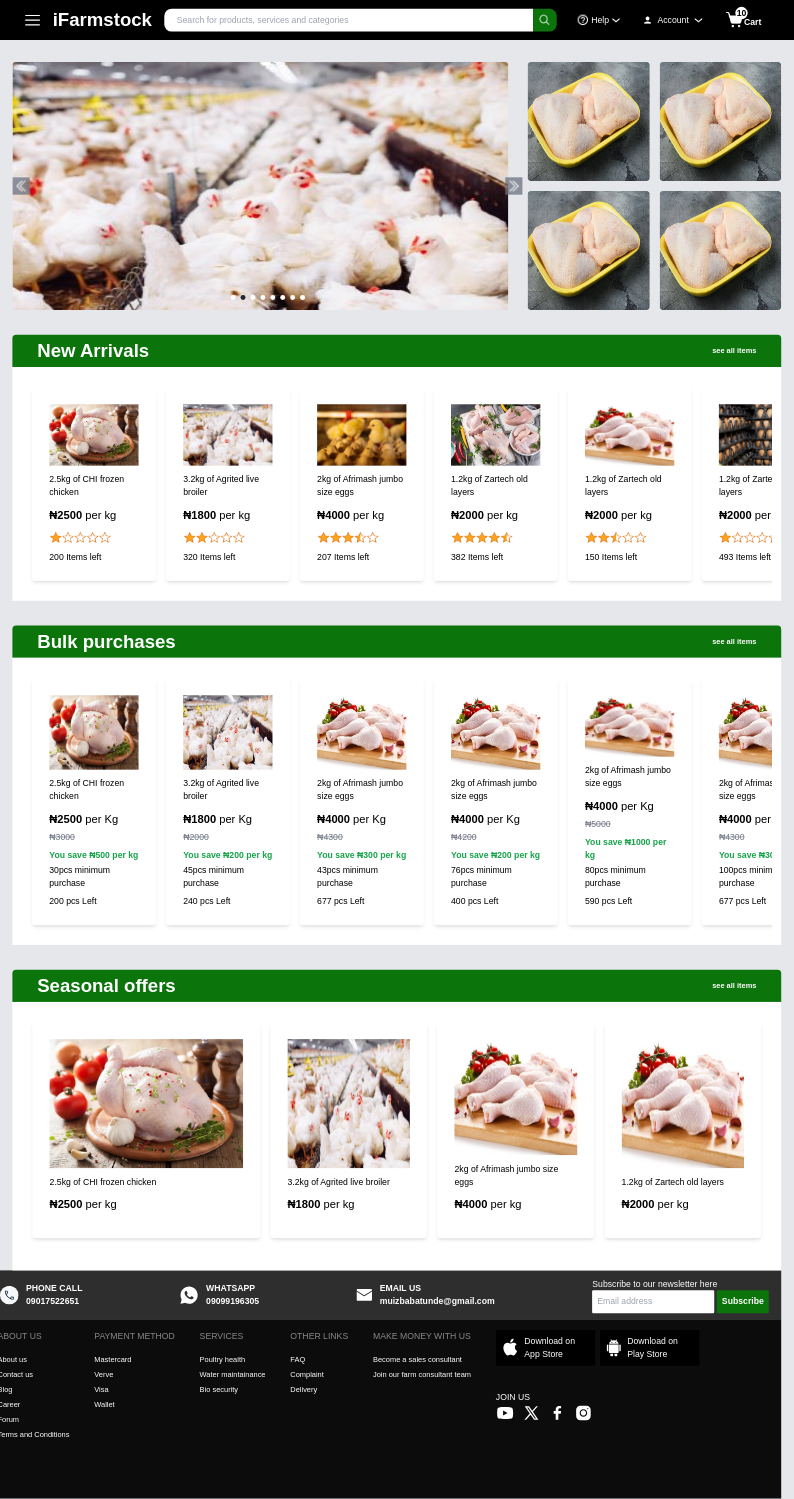
Repository: IssaMuiz/ifarmstock
Page: /
An editor plug-in stored every save of this project. The page is shown before and after the next save, followed by the edit.
The browser window is 1280 px wide. The pictures show the whole page, at 62% of full size.
The project was rebuilt for these pictures with package versions that can differ from the ones it lists, and the page was loaded fresh each time. The framework's server and built-in components were replaced by stand-ins that run in the browser. Also part of the build but not shown: next.config.mjs.

Above is the page before, as saved 2024-09-04 06:43:12.

### app/layout.tsx
import "@/styles/globals.css";

export const metadata = {
  title: "Grow",
  description: "Livestock farming e-commerce application",
};

export default function RootLayout({
  children,
}: {
  children: React.ReactNode;
}) {
  return (
    <html lang="en">
      <body className="bg-gray-200 h-screen w-auto">
        <section className="mb-5">{children}</section>
      </body>
    </html>
  );
}

### styles/globals.css
@tailwind base;
@tailwind components;
@tailwind utilities;

.scrollbar {
  scrollbar-width: thin;
  scrollbar-color: gray #313131;
}

.bgColor {
  background-color: rgb(11, 116, 11);
}

.text {
  color: white;
}

body {
  font-family: Arial, Helvetica, sans-serif;
  font-size: 14px;
}

### components/clientLayout.tsx
"use client";
import Navbar from "@/components/navbar";
import Sidenav from "@/components/sidenav";
import Footer from "@/components/footer";

import { useState, createContext } from "react";

export const SidebarContext = createContext({
  isOpen: false,
  toggleSidebar: () => {},
});

const ClientLayout = ({ children }: { children: React.ReactNode }) => {
  const [isOpen, setIsOpen] = useState(false);

  const toggleSidebar = () => {
    setIsOpen((prev) => !prev);
  };
  return (
    <SidebarContext.Provider value={{ isOpen, toggleSidebar }}>
      <Navbar />
      <Sidenav />
      <div
        className={`fixed inset-0 bg-black transition-opacity duration-300 ease-in-out z-10 ${
          isOpen
            ? "opacity-70 pointer-events-auto"
            : "opacity-0 pointer-events-none"
        }`}
        onClick={toggleSidebar}
      ></div>
      <section
        className={`relative z-0 transition-all duration-300 ease-in-out `}
      >
        {children}
      </section>
      <Footer />
    </SidebarContext.Provider>
  );
};

export default ClientLayout;

### components/newArrivalsCards.tsx
import Image from "next/image";
import newArrivalsCards from "../models/newArrivalsCards.json";
const NewArrivalsCards = () => {
  const sliceNewArrivals = newArrivalsCards.slice(0, 10);
  return (
    <div className="bg-white h-auto w-auto tablet:p-4 mobile:p-1">
      <div className="flex overflow-x-auto space-x-4 p-4">
        {sliceNewArrivals.map((product, index) => (
          <div
            key={index}
            className="flex shadow-md hover:shadow-xl hover:scale-[1.01] hover:transition-all hover:duration-300 hover:ease-in-out flex-col tablet:min-w-[200px] mobile:min-w-[160px] tablet:p-7 tablet:gap-3 mobile:p-2 mobile:gap-1 rounded-md cursor-pointer"
          >
            <Image
              src={product.image}
              alt="poultry"
              width={150}
              height={100}
              className="h-full w-full"
            />
            <div className="text-md">
              <p className="line-clamp-2 mb-3">
                <span>{product.weight}</span> of {product.name}
              </p>
              <p className="font-semibold text-lg mb-3">
                &#8358;{product.Price}
                <span className="text-md font-extralight"> per kg</span>
              </p>
              <div className="mb-3">
                <Image
                  src={product.rating}
                  alt="rating-icon"
                  width={100}
                  height={60}
                />
              </div>
              <div className="">{product.itemsLeft} Items left</div>
            </div>
          </div>
        ))}
      </div>
    </div>
  );
};

export default NewArrivalsCards;

### components/seasonalCards.tsx
import Image from "next/image";
import seasonalCards from "@/models/seasonalCards.json";
const SeasonalCards = () => {
  return (
    <div className="bg-white h-auto w-auto tablet:p-4 mobile:p-1">
      <div className="flex overflow-x-auto space-x-4 p-4 mb-5">
        {seasonalCards.map((product, index) => (
          <div
            key={index}
            className="flex shadow-md hover:shadow-xl hover:scale-[1.01] hover:transition-all hover:duration-300 hover:ease-in-out flex-col tablet:min-w-[200px] mobile:min-w-[160px] tablet:p-7 tablet:gap-3 mobile:p-2 mobile:gap-1 rounded-md cursor-pointer"
          >
            <Image
              src={product.image}
              alt="poultry"
              width={150}
              height={100}
              className="h-full w-full"
            />
            <div className="text-md">
              <p className="line-clamp-2 mb-3">
                <span>{product.weight}</span> of {product.name}
              </p>
              <p className="font-semibold text-lg mb-3">
                &#8358;{product.Price}
                <span className="text-md font-extralight"> per kg</span>
              </p>
            </div>
          </div>
        ))}
      </div>
    </div>
  );
};

export default SeasonalCards;

### components/footer.tsx
import Link from "next/link";

const Footer = () => {
  return (
    <footer>
      <div className=" mobile:hidden tablet:flex flex-col text w-screen -mx-5">
        <div className=" bg-[#2e2e2e] flex justify-between gap-4 h-20 items-center px-5 w-full">
          <div className="flex desktop:gap-3 tablet:gap-2 items-center cursor-pointer hover:text-[#8a8888] font-semibold">
            <svg
              xmlns="http://www.w3.org/2000/svg"
              width="30"
              height="30"
              viewBox="0 0 42 42"
            >
              <g id="PhoneIcon" transform="translate(-1235 -471)">
                <circle
                  id="Ellipse_9"
                  data-name="Ellipse 9"
                  cx="21"
                  cy="21"
                  r="21"
                  transform="translate(1235 471)"
                  fill="#f6f7f8"
                />
                <path
                  id="call_FILL0_wght300_GRAD0_opsz24"
                  d="M158.754-800a15.86,15.86,0,0,1-6.682-1.546,21.268,21.268,0,0,1-6.167-4.363,21.421,21.421,0,0,1-4.357-6.167A15.823,15.823,0,0,1,140-818.752a1.214,1.214,0,0,1,.353-.89,1.192,1.192,0,0,1,.882-.356h3.837a1.175,1.175,0,0,1,.786.291,1.279,1.279,0,0,1,.433.718l.674,3.462a1.978,1.978,0,0,1-.029.828,1.231,1.231,0,0,1-.357.581l-2.717,2.645a16.322,16.322,0,0,0,1.5,2.273,22.419,22.419,0,0,0,1.825,2.046,20.311,20.311,0,0,0,2.059,1.8,20.68,20.68,0,0,0,2.355,1.545l2.64-2.663a1.494,1.494,0,0,1,.669-.4,1.922,1.922,0,0,1,.816-.057l3.267.665a1.382,1.382,0,0,1,.727.455,1.16,1.16,0,0,1,.282.765v3.814a1.191,1.191,0,0,1-.356.882A1.214,1.214,0,0,1,158.754-800Zm-15.726-13.145,2.1-2.009a.21.21,0,0,0,.074-.124.275.275,0,0,0-.006-.147l-.511-2.629a.242.242,0,0,0-.079-.136.228.228,0,0,0-.147-.045h-2.516a.154.154,0,0,0-.113.045.153.153,0,0,0-.045.113,15.049,15.049,0,0,0,.395,2.45A14.978,14.978,0,0,0,143.028-813.144Zm10.235,10.167a12.1,12.1,0,0,0,2.44.834,13.842,13.842,0,0,0,2.374.343.153.153,0,0,0,.113-.045.153.153,0,0,0,.045-.113v-2.475a.228.228,0,0,0-.045-.147.242.242,0,0,0-.136-.079l-2.471-.5a.186.186,0,0,0-.119-.006.289.289,0,0,0-.107.074ZM143.028-813.144ZM153.263-802.976Z"
                  transform="translate(1105.999 1301.999)"
                  fill="#072635"
                />
              </g>
            </svg>
            <div>
              <p>PHONE CALL</p>
              <p>09017522651</p>
            </div>
          </div>
          <div>
            <div className="flex gap-3 items-center cursor-pointer hover:text-[#8a8888] font-semibold">
              <svg
                xmlns="http://www.w3.org/2000/svg"
                viewBox="0 0 50 50"
                width="30"
                height="30"
                className="fill-white"
              >
                <path d="M25,2C12.318,2,2,12.318,2,25c0,3.96,1.023,7.854,2.963,11.29L2.037,46.73c-0.096,0.343-0.003,0.711,0.245,0.966 C2.473,47.893,2.733,48,3,48c0.08,0,0.161-0.01,0.24-0.029l10.896-2.699C17.463,47.058,21.21,48,25,48c12.682,0,23-10.318,23-23 S37.682,2,25,2z M36.57,33.116c-0.492,1.362-2.852,2.605-3.986,2.772c-1.018,0.149-2.306,0.213-3.72-0.231 c-0.857-0.27-1.957-0.628-3.366-1.229c-5.923-2.526-9.791-8.415-10.087-8.804C15.116,25.235,13,22.463,13,19.594 s1.525-4.28,2.067-4.864c0.542-0.584,1.181-0.73,1.575-0.73s0.787,0.005,1.132,0.021c0.363,0.018,0.85-0.137,1.329,1.001 c0.492,1.168,1.673,4.037,1.819,4.33c0.148,0.292,0.246,0.633,0.05,1.022c-0.196,0.389-0.294,0.632-0.59,0.973 s-0.62,0.76-0.886,1.022c-0.296,0.291-0.603,0.606-0.259,1.19c0.344,0.584,1.529,2.493,3.285,4.039 c2.255,1.986,4.158,2.602,4.748,2.894c0.59,0.292,0.935,0.243,1.279-0.146c0.344-0.39,1.476-1.703,1.869-2.286 s0.787-0.487,1.329-0.292c0.542,0.194,3.445,1.604,4.035,1.896c0.59,0.292,0.984,0.438,1.132,0.681 C37.062,30.587,37.062,31.755,36.57,33.116z" />
              </svg>
              <div>
                <p>WHATSAPP</p>
                <p>09099196305</p>
              </div>
            </div>
          </div>
          <div className="flex gap-3 items-center cursor-pointer hover:text-[#8a8888] font-semibold">
            <svg
              className="fill-white"
              xmlns="http://www.w3.org/2000/svg"
              viewBox="0 0 128 96"
              id="email"
              height="25"
              width="25"
            >
              <g>
                <path d="M0 11.283V8a8 8 0 0 1 8-8h112a8 8 0 0 1 8 8v3.283l-64 40zm66.12 48.11a4.004 4.004 0 0 1-4.24 0L0 20.717V88a8 8 0 0 0 8 8h112a8 8 0 0 0 8-8V20.717z"></path>
              </g>
            </svg>
            <div>
              <p>EMAIL US</p>
              <p>muizbabatunde@gmail.com</p>
            </div>
          </div>
          <div>
            <p>Subscribe to our newsletter here</p>
            <div className="flex items-center gap-1">
              <input
                className="p-2 rounded-sm text-black outline-none"
                type="text"
                placeholder="Email address"
              />
              <button
                type="submit"
                className="bgColor p-2 hover:bg-[#015722] font-semibold rounded-sm
            "
              >
                Subscribe
              </button>
            </div>
          </div>
        </div>

        <div className="bg-[#0c0c0c] h-72 p-4 flex items-start gap-10 w-full">
          <div className="flex flex-col gap-5">
            <h2 className="text-sm text-[#8a8888]">ABOUT US</h2>
            <div className="text-xs flex flex-col gap-2">
              <Link className="hover:underline" href="/">
                About us
              </Link>
              <Link className="hover:underline" href="/">
                Contact us
              </Link>
              <Link className="hover:underline" href="/">
                Blog
              </Link>
              <Link className="hover:underline" href="/">
                Career
              </Link>
              <Link className="hover:underline" href="/">
                Forum
              </Link>
              <Link className="hover:underline" href="/">
                Terms and Conditions
              </Link>
            </div>
          </div>

          <div className="flex flex-col gap-5">
            <h2 className="text-sm text-[#8a8888]">PAYMENT METHOD</h2>
            <div className="text-xs flex flex-col gap-2">
              <Link className="hover:underline" href="/">
                Mastercard
              </Link>
              <Link className="hover:underline" href="/">
                Verve
              </Link>
              <Link className="hover:underline" href="/">
                Visa
              </Link>
              <Link className="hover:underline" href="/">
                Wallet
              </Link>
            </div>
          </div>
          <div className="flex flex-col gap-5">
            <h2 className="text-sm text-[#8a8888]">SERVICES</h2>
            <div className="text-xs flex flex-col gap-2">
              <Link className="hover:underline" href="/">
                Poultry health
              </Link>
              <Link className="hover:underline" href="/">
                Water maintainance
              </Link>
              <Link className="hover:underline" href="/">
                Bio security
              </Link>
            </div>
          </div>
          <div className="flex flex-col gap-5">
            <h2 className="text-sm text-[#8a8888]">OTHER LINKS</h2>
            <div className="text-xs flex flex-col gap-2">
              <Link className="hover:underline" href="/">
                FAQ
              </Link>
              <Link className="hover:underline" href="/">
                Complaint
              </Link>
              <Link className="hover:underline" href="/">
                Delivery
              </Link>
            </div>
          </div>
          <div className="flex flex-col gap-5">
            <h2 className="text-sm text-[#8a8888]">MAKE MONEY WITH US</h2>
            <div className="text-xs flex flex-col gap-2">
              <Link className="hover:underline" href="/">
                Become a sales consultant
              </Link>
              <Link className="hover:underline" href="/">
                Join our farm consultant team
              </Link>
            </div>
          </div>
          <div>
            <div className="flex gap-2">
              <div className="bg-black rounded-sm flex items-center p-2 w-40 gap-2 cursor-pointer">
                <svg
                  fill="#FFFFFF"
                  version="1.1"
                  id="Layer_1"
                  xmlns="http://www.w3.org/2000/svg"
                  xmlnsXlink="http://www.w3.org/1999/xlink"
                  x="0px"
                  y="0px"
                  viewBox="0 0 64 64"
                  xmlSpace="preserve"
                  height="30px"
                  width="30px"
                >
                  <path d="M54.166,19.783c-0.258,0.162-6.401,3.571-6.401,11.13c0.29,8.621,7.752,11.644,7.88,11.644 c-0.128,0.162-1.127,4.119-4.085,8.267C49.213,54.398,46.607,58,42.65,58c-3.764,0-5.115-2.381-9.458-2.381 c-4.664,0-5.984,2.381-9.555,2.381c-3.957,0-6.756-3.795-9.232-7.335c-3.216-4.633-5.95-11.903-6.047-18.883 c-0.065-3.699,0.644-7.335,2.444-10.423c2.541-4.312,7.077-7.238,12.031-7.335c3.795-0.128,7.173,2.606,9.49,2.606 c2.22,0,6.37-2.606,11.065-2.606C45.415,14.026,50.82,14.636,54.166,19.783z M32.002,13.285c-0.676-3.378,1.19-6.756,2.927-8.911 C37.149,1.769,40.655,0,43.678,0c0.193,3.378-1.03,6.691-3.216,9.104C38.5,11.71,35.122,13.671,32.002,13.285z" />
                </svg>
                <div>
                  <p>Download on</p>
                  <p>App Store</p>
                </div>
              </div>
              <div className="bg-black rounded-sm flex items-center p-2 w-40 gap-2 cursor-pointer">
                <svg
                  fill="#FFFFFF"
                  xmlns="http://www.w3.org/2000/svg"
                  xmlnsXlink="http://www.w3.org/1999/xlink"
                  viewBox="0 0 50 50"
                  width="28px"
                  height="28px"
                >
                  <path d="M30.718,6.156c-0.192,0-0.387-0.055-0.559-0.171c-0.458-0.309-0.578-0.931-0.27-1.389l2.805-4.156c0.31-0.458,0.93-0.579,1.389-0.27c0.458,0.309,0.578,0.931,0.27,1.389l-2.805,4.156C31.354,6.002,31.039,6.156,30.718,6.156z" />
                  <path d="M19.282,6.156c-0.321,0-0.637-0.154-0.83-0.441l-2.804-4.156c-0.309-0.458-0.188-1.079,0.27-1.388c0.458-0.31,1.08-0.188,1.388,0.27l2.804,4.156c0.309,0.458,0.188,1.079-0.27,1.388C19.669,6.101,19.475,6.156,19.282,6.156z" />
                  <path d="M25,3c-6.724,0-12.492,4.244-13.816,10h27.633C37.492,7.244,31.724,3,25,3z M19.503,11C18.67,11,18,10.33,18,9.498C18,8.67,18.67,8,19.503,8C20.33,8,21,8.67,21,9.498C21,10.33,20.33,11,19.503,11z M30.497,11C29.67,11,29,10.33,29,9.498C29,8.67,29.67,8,30.497,8C31.33,8,32,8.67,32,9.498C32,10.33,31.33,11,30.497,11z" />
                  <path d="M11,15v22c0,1.654,1.346,3,3,3h22c1.654,0,3-1.346,3-3V15H11z" />
                  <path d="M15,42v4c0,2.206,1.794,4,4,4s4-1.794,4-4v-4H15z" />
                  <path d="M27,42v4c0,2.206,1.794,4,4,4s4-1.794,4-4v-4H27z" />
                  <path d="M42,15c-0.353,0-0.686,0.072-1,0.184v19.633C41.314,34.928,41.647,35,42,35c1.657,0,3-1.343,3-3c0-0.432,0-13.569,0-14C45,16.343,43.657,15,42,15z" />
                  <path d="M9,15.184C8.686,15.072,8.353,15,8,15c-1.657,0-3,1.343-3,3c0,0.431,0,13.568,0,14c0,1.657,1.343,3,3,3c0.353,0,0.686-0.072,1-0.184V15.184z" />
                </svg>
                <div>
                  <p>Download on</p>
                  <p>Play Store</p>
                </div>
              </div>
            </div>
            <div className="mt-10">
              <p>JOIN US</p>
              <div className="flex gap-3">
                <svg
                  className="hover:fill-green-600 cursor-pointer"
                  fill="#FFFFFF"
                  xmlns="http://www.w3.org/2000/svg"
                  xmlnsXlink="http://www.w3.org/1999/xlink"
                  viewBox="0 0 50 50"
                  width="30px"
                  height="30px"
                >
                  <g>
                    <path d="M44.9,14.5c-0.4-2.2-2.3-3.8-4.5-4.3C37.1,9.5,31,9,24.4,9c-6.6,0-12.8,0.5-16.1,1.2c-2.2,0.5-4.1,2-4.5,4.3C3.4,17,3,20.5,3,25s0.4,8,0.9,10.5c0.4,2.2,2.3,3.8,4.5,4.3c3.5,0.7,9.5,1.2,16.1,1.2s12.6-0.5,16.1-1.2c2.2-0.5,4.1-2,4.5-4.3c0.4-2.5,0.9-6.1,1-10.5C45.9,20.5,45.4,17,44.9,14.5z M19,32V18l12.2,7L19,32z" />
                  </g>
                </svg>

                <svg
                  className="hover:fill-green-600 cursor-pointer"
                  fill="#FFFFFF"
                  version="1.1"
                  baseProfile="basic"
                  xmlns="http://www.w3.org/2000/svg"
                  xmlnsXlink="http://www.w3.org/1999/xlink"
                  x="0px"
                  y="0px"
                  viewBox="0 0 30 30"
                  xmlSpace="preserve"
                  width="30px"
                  height="30px"
                >
                  <g id="Layer_10"></g>
                  <g id="win10"></g>
                  <g id="ssm"></g>
                  <g id="mat_2"></g>
                  <g id="ios"></g>
                  <g id="fluent">
                    <path d="M26.37,26l-8.795-12.822l0.015,0.012L25.52,4h-2.65l-6.46,7.48L11.28,4H4.33l8.211,11.971L12.54,15.97L3.88,26h2.65l7.182-8.322L19.42,26H26.37z M10.23,6l12.34,18h-2.1L8.12,6H10.23z" />
                  </g>
                </svg>

                <svg
                  className="fill-white hover:fill-green-600 cursor-pointer"
                  version="1.1"
                  id="Layer_1"
                  xmlns="http://www.w3.org/2000/svg"
                  xmlnsXlink="http://www.w3.org/1999/xlink"
                  x="0px"
                  y="0px"
                  viewBox="0 0 100 100"
                  xmlSpace="preserve"
                  width="30px"
                  height="30px"
                >
                  <path d="M55,33c0-4.418,3.582-8,8-8s7,0,7,0V14c0,0-5-1-11-1c-9.941,0-18,8.059-18,18v9H30v14h11v33h14V54h13l2-14H55C55,40,55,33.718,55,33z" />
                  <path d="M45.5,53.5v29 M65.5,17.884C63.725,17.682,61.444,17.5,59,17.5c-7.444,0-13.5,6.056-13.5,13.5v0.5" />
                  <line x1="45.5" y1="40.5" x2="45.5" y2="39.5" />
                  <line x1="45.5" y1="37.5" x2="45.5" y2="34.5" />
                </svg>

                <svg
                  className="hover:fill-green-600 cursor-pointer"
                  fill="#FFFFFF"
                  version="1.1"
                  id="Layer_1"
                  xmlns="http://www.w3.org/2000/svg"
                  xmlnsXlink="http://www.w3.org/1999/xlink"
                  x="0px"
                  y="0px"
                  viewBox="0 0 64 64"
                  xmlSpace="preserve"
                  width="30px"
                  height="30px"
                >
                  <path d="M32,23c-4.971,0-9,4.029-9,9s4.029,9,9,9s9-4.029,9-9S36.971,23,32,23z" />
                  <path d="M42.415,7H21.581C13.542,7,7,13.544,7,21.585v20.833C7,50.458,13.544,57,21.585,57h20.833C50.458,57,57,50.456,57,42.415V21.581C57,13.542,50.456,7,42.415,7z M32,45c-7.17,0-13-5.831-13-13s5.83-13,13-13s13,5.83,13,13S39.169,45,32,45z M47,19c-1.104,0-2-0.896-2-2s0.896-2,2-2s2,0.896,2,2S48.104,19,47,19z" />
                </svg>
              </div>
            </div>
          </div>
        </div>
      </div>
      <div className="mobile:flex tablet:hidden w-full text h-40 flex-col">
        <div className="bg-[#2e2e2e] h-10 text-center">
          <p className="pt-2">BACK TO TOP</p>
        </div>
        <div className="h-32 flex flex-col items-center gap-2 bg-[#0c0c0c] p-4 text-[12px]">
          <div className="flex gap-2">
            <Link className="active:underline" href="/">
              HELP CENTER
            </Link>
            <Link className="active:underline" href="/">
              CONTACT US
            </Link>
            <Link className="active:underline" href="/">
              LODGE A COMPLAIN
            </Link>
          </div>
          <div className="flex gap-2">
            <Link className="active:underline" href="/">
              JOIN OUR TEAM
            </Link>
            <Link className="active:underline" href="/">
              TERMS AND CONDITION
            </Link>
            <Link className="active:underline" href="/">
              PRIVATE NOTICE
            </Link>
          </div>
        </div>
      </div>
    </footer>
  );
};

export default Footer;

### tailwind.config.ts
import type { Config } from "tailwindcss";

const config: Config = {
  content: [
    "./pages/**/*.{js,ts,jsx,tsx,mdx}",
    "./components/**/*.{js,ts,jsx,tsx,mdx}",
    "./app/**/*.{js,ts,jsx,tsx,mdx}",
  ],
  theme: {
    extend: {
      screens: {
        mobile: "350px",
        tablet: "768px",
        desktop: "1024px",
      },
    },
  },
  plugins: [],
};
export default config;

Loaded but not shown: models/newArrivalsCards.json (162 lines, source omitted); models/bulkPurchasesCards.json (110 lines, source omitted); models/seasonalCards.json (26 lines, source omitted); components/navbar.tsx (148 lines, source omitted); components/productSlider.tsx (129 lines, source omitted); components/sidenav.tsx (121 lines, source omitted); components/bulkPurchasesCards.tsx (44 lines, source omitted); app/page.tsx (52 lines, source omitted)

After the next save:
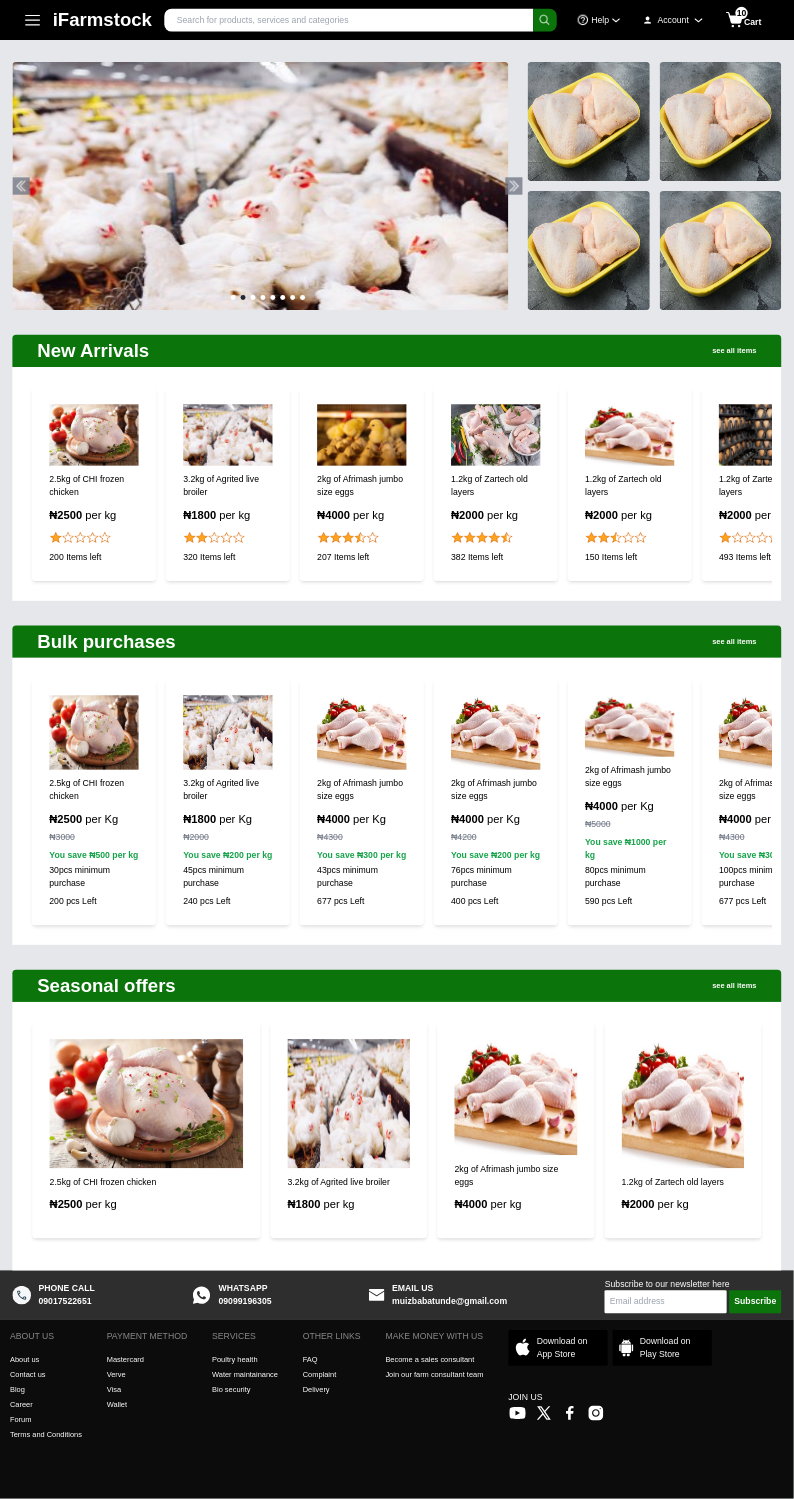
Saved 71 s later.
--- a/components/footer.tsx
+++ b/components/footer.tsx
@@ -3,7 +3,7 @@ import Link from "next/link";
 const Footer = () => {
   return (
     <footer>
-      <div className=" mobile:hidden tablet:flex flex-col text w-screen -mx-5">
+      <div className=" mobile:hidden tablet:flex flex-col text w-screen">
         <div className=" bg-[#2e2e2e] flex justify-between gap-4 h-20 items-center px-5 w-full">
           <div className="flex desktop:gap-3 tablet:gap-2 items-center cursor-pointer hover:text-[#8a8888] font-semibold">
             <svg
